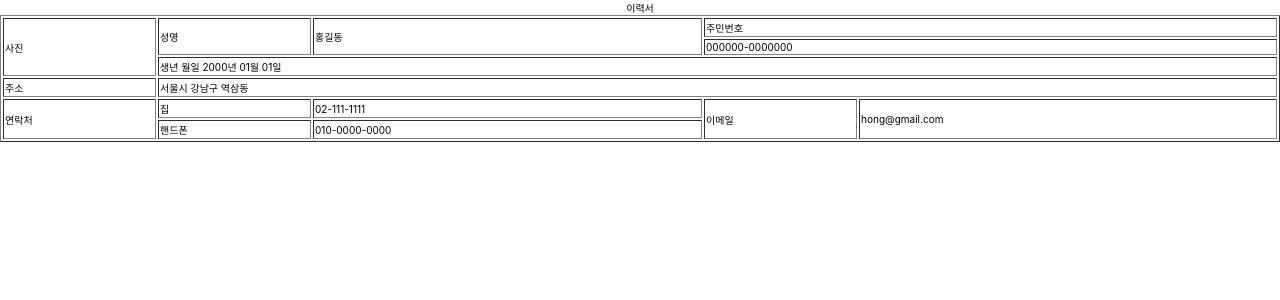
Repository: jiyeonyun/Resume
Page: / (app in resumes/)
The author's editor kept a copy of each file at every save. The page is drawn from the files as they stood at one save, then again after the next save.
The browser window is 1280 px wide. The pictures show the whole page.
The project was rebuilt for these pictures with package versions that can differ from the ones it lists, and the page was loaded fresh each time. Also part of the build but not shown: resumes/src/data/edudata.js, resumes/src/components/educationalHIstory/educational.jsx, resumes/src/components/footer/footer.jsx.

Above is the page before, as saved 2022-05-25 15:35:00.

After the next save:
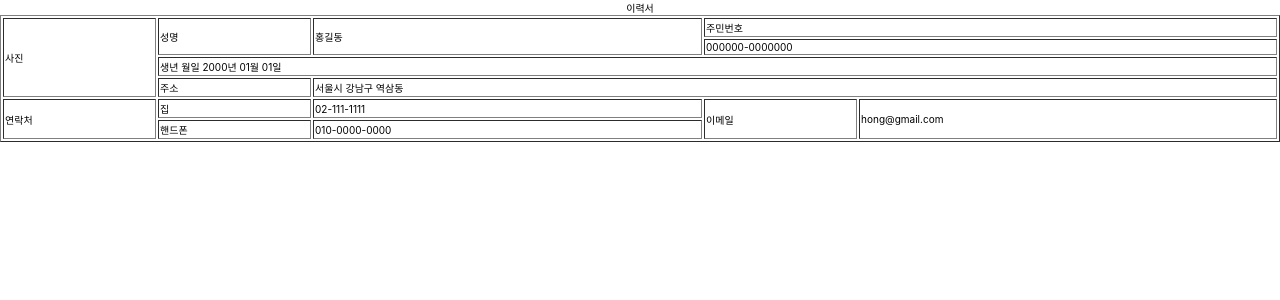
Saved 21 s later.
--- a/resumes/src/components/personalInfo/personalInfo.jsx
+++ b/resumes/src/components/personalInfo/personalInfo.jsx
@@ -5,7 +5,7 @@ const PersonalInfo = ({ personalInfoData }) => {
     <table border="1">
       <caption>이력서</caption>
       <tr>
-        <td rowspan="3">사진</td>
+        <td rowspan="4">사진</td>
         <td rowspan="2">성명</td>
         <td rowspan="2">홍길동</td>
         <td colspan="2">주민번호</td>
